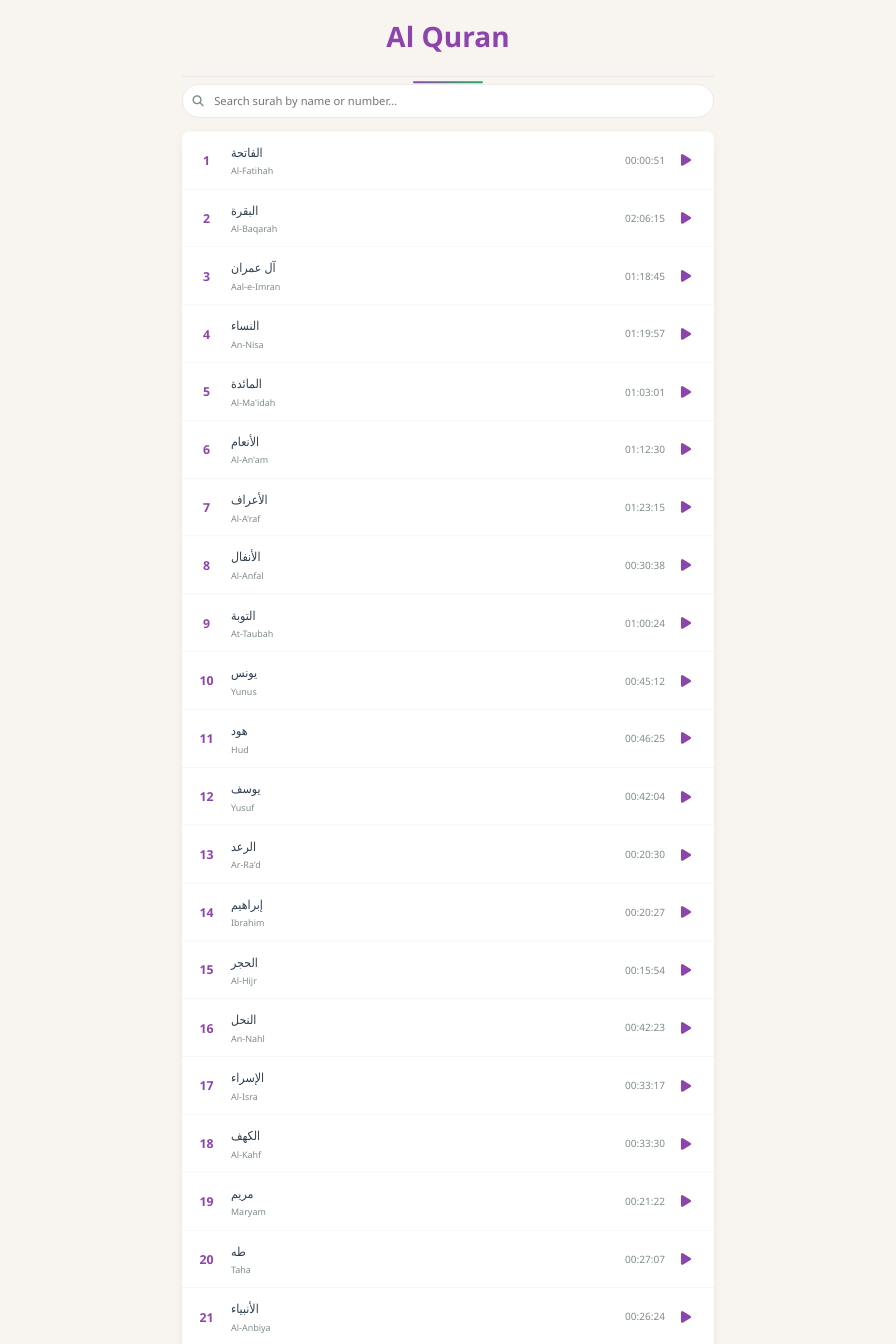
Repository: MohdKaarim/quran
Page: app/src/main/assets/Test.html
An editor plug-in stored every save of this project. The page is shown before and after the next save, followed by the edit.
The browser window is 1280 px wide. The pictures show the part of the page from y = 0 to 1920 px (the page is 9786 px tall before and 9776 px after), at 70% of full size.

Above is the page before, as saved 2025-07-18 23:31:08.

After the next save:
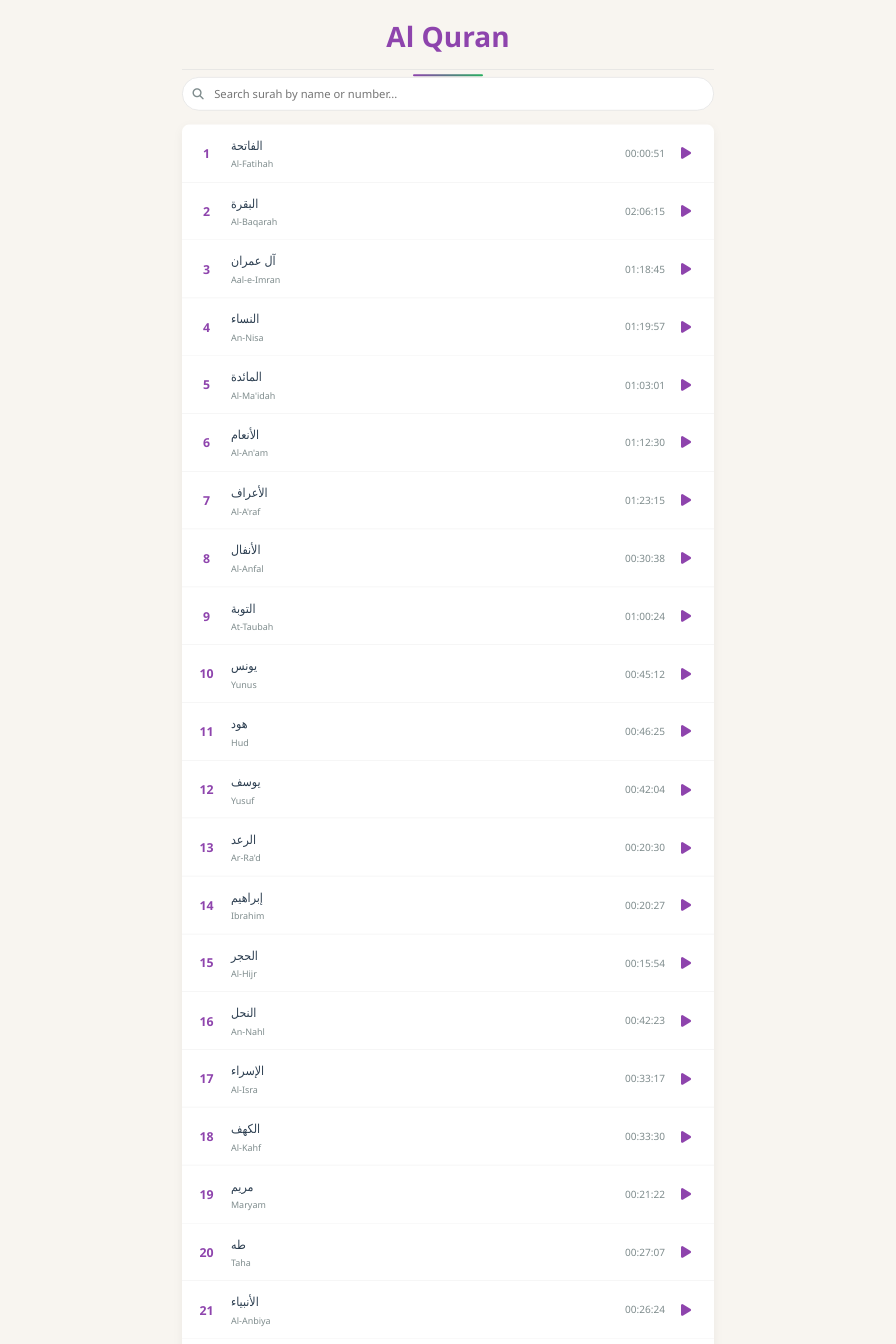
Saved 4 s later.
--- a/app/src/main/assets/Test.html
+++ b/app/src/main/assets/Test.html
@@ -38,7 +38,7 @@
     header {
             text-align: center;
             margin-bottom: 10px;
-            padding-bottom: 20px;
+            padding-bottom: 10px;
             border-bottom: 1px solid var(--border-color);
             position: relative;
         }

After the save that followed:
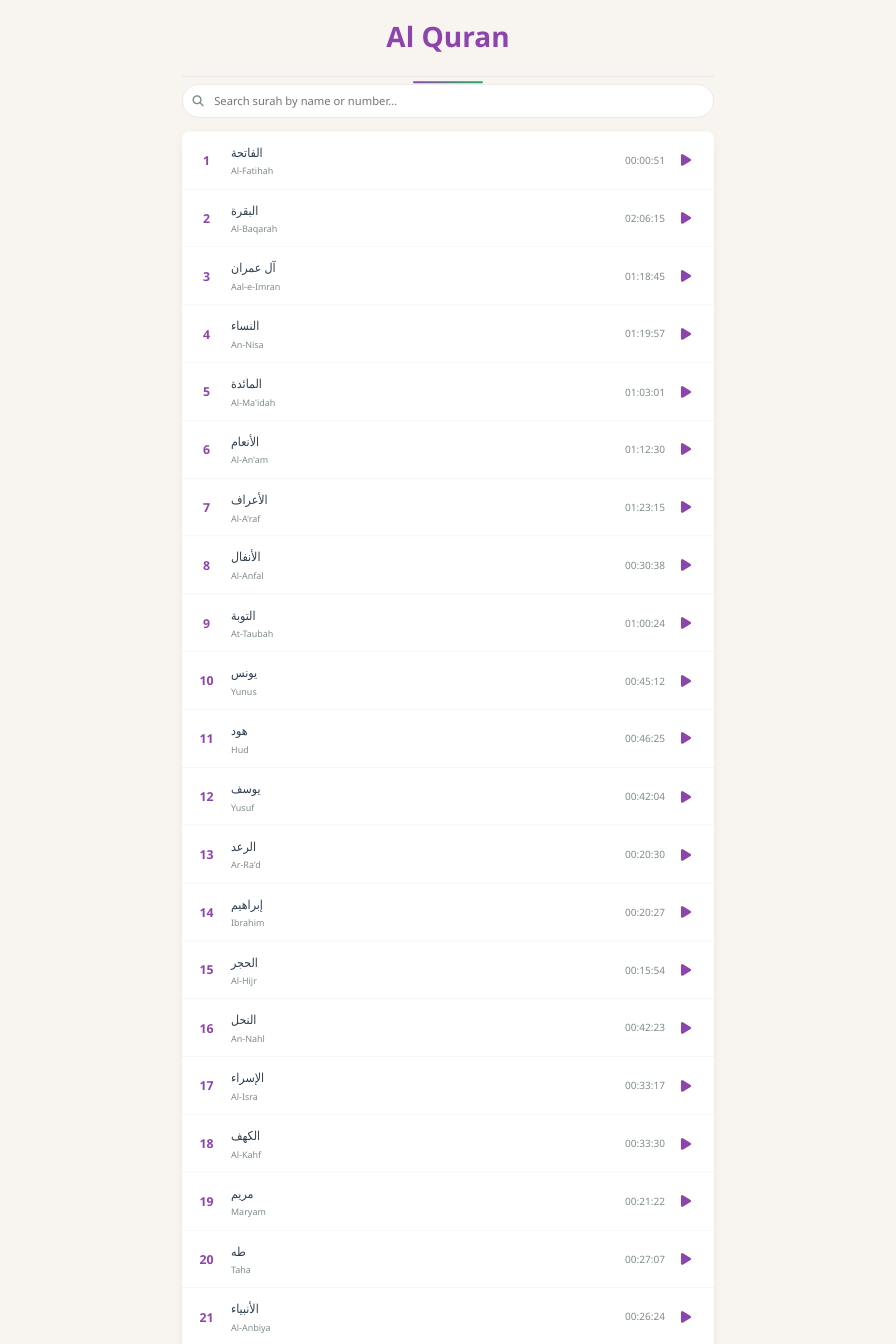
Saved 18 s later.
--- a/app/src/main/assets/Test.html
+++ b/app/src/main/assets/Test.html
@@ -38,7 +38,7 @@
     header {
             text-align: center;
             margin-bottom: 10px;
-            padding-bottom: 10px;
+            padding-bottom: 20px;
             border-bottom: 1px solid var(--border-color);
             position: relative;
         }
